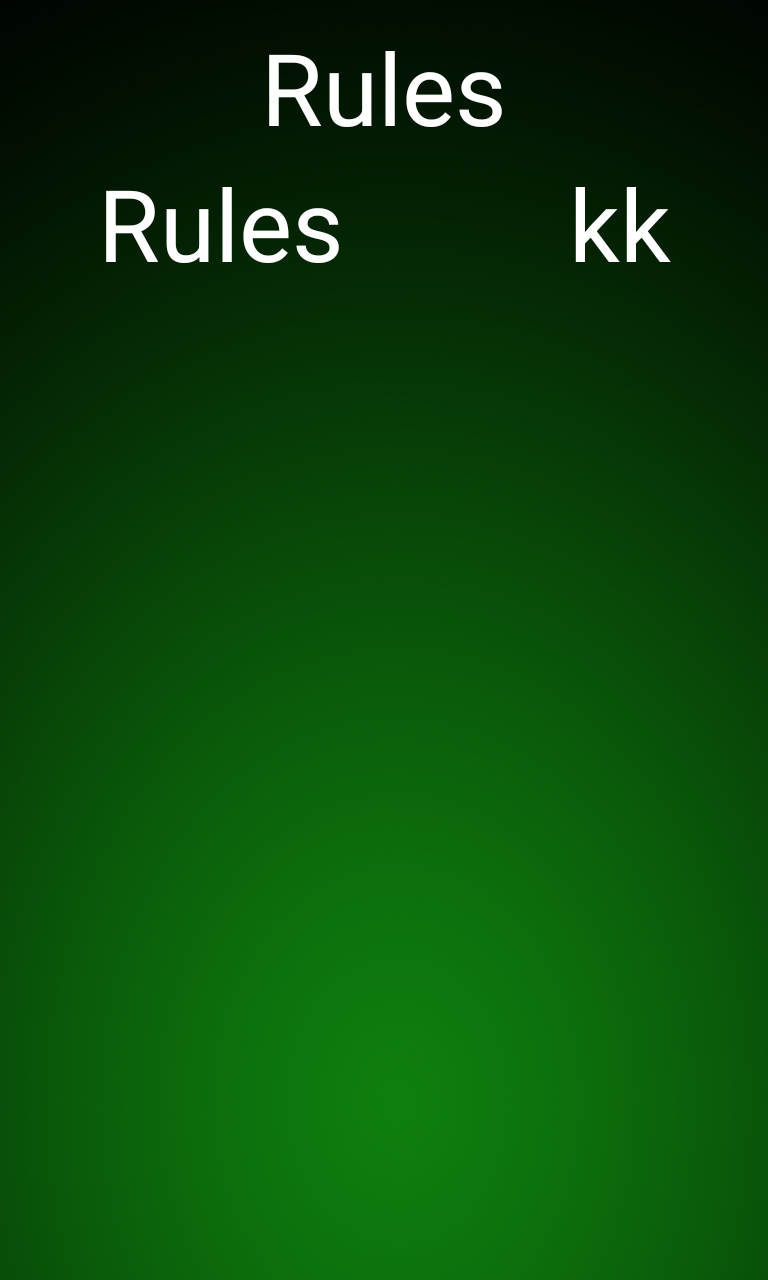
Repository: jwu14/AAProductions
Layout: EgyptianRatscrew/res/layout/activity_rules.xml
An editor plug-in stored every save of this project. The layout is shown before and after the next save, followed by the edit.
It is drawn on a 768 x 1280 px phone screen (xhdpi) without system bars, with theme AppTheme; the app's code is not run.

Above is the layout before, as saved 2013-03-06 21:03:13.

After the next save:
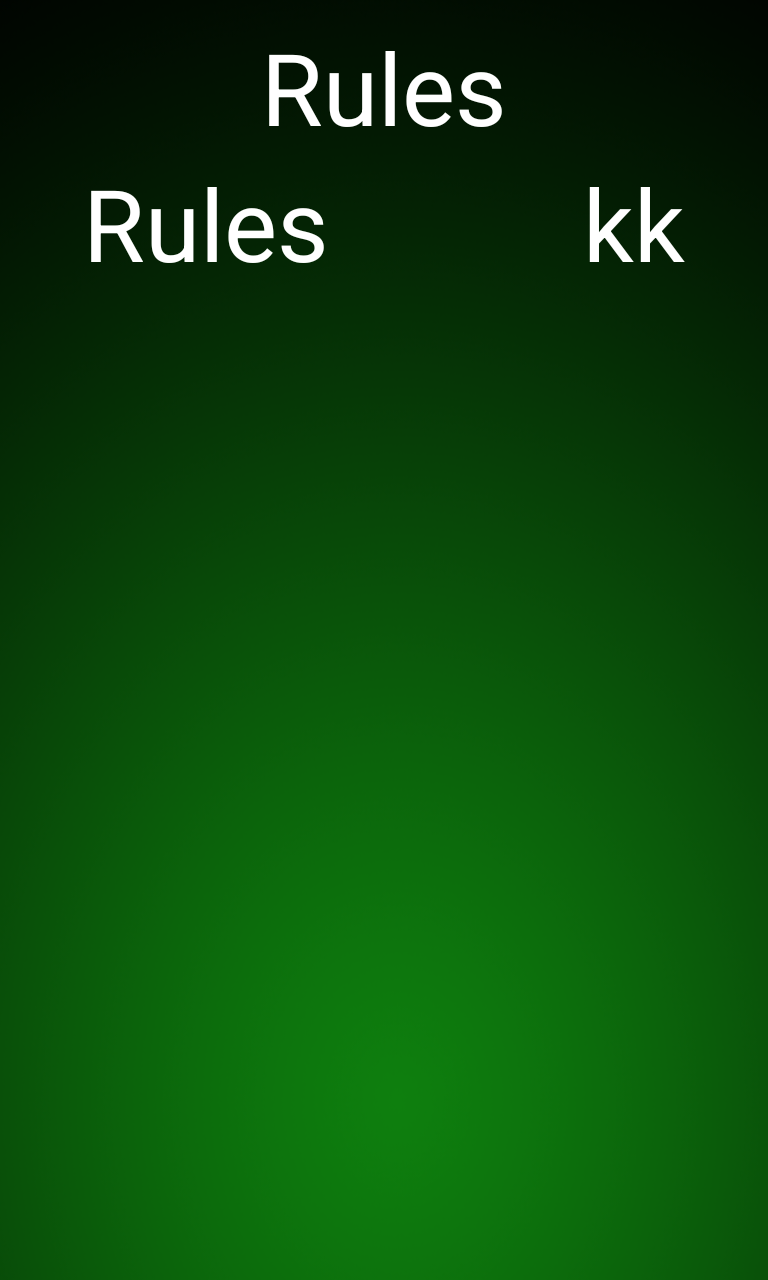
Saved 11 s later.
--- a/EgyptianRatscrew/res/layout/activity_rules.xml
+++ b/EgyptianRatscrew/res/layout/activity_rules.xml
@@ -27,7 +27,7 @@
         android:clickable="false"
         android:gravity="center_horizontal"
         android:text="Rules
-        kk"
+        		kk"
         android:textColor="#FFFFFF"
         android:textSize="50sp" />
 
